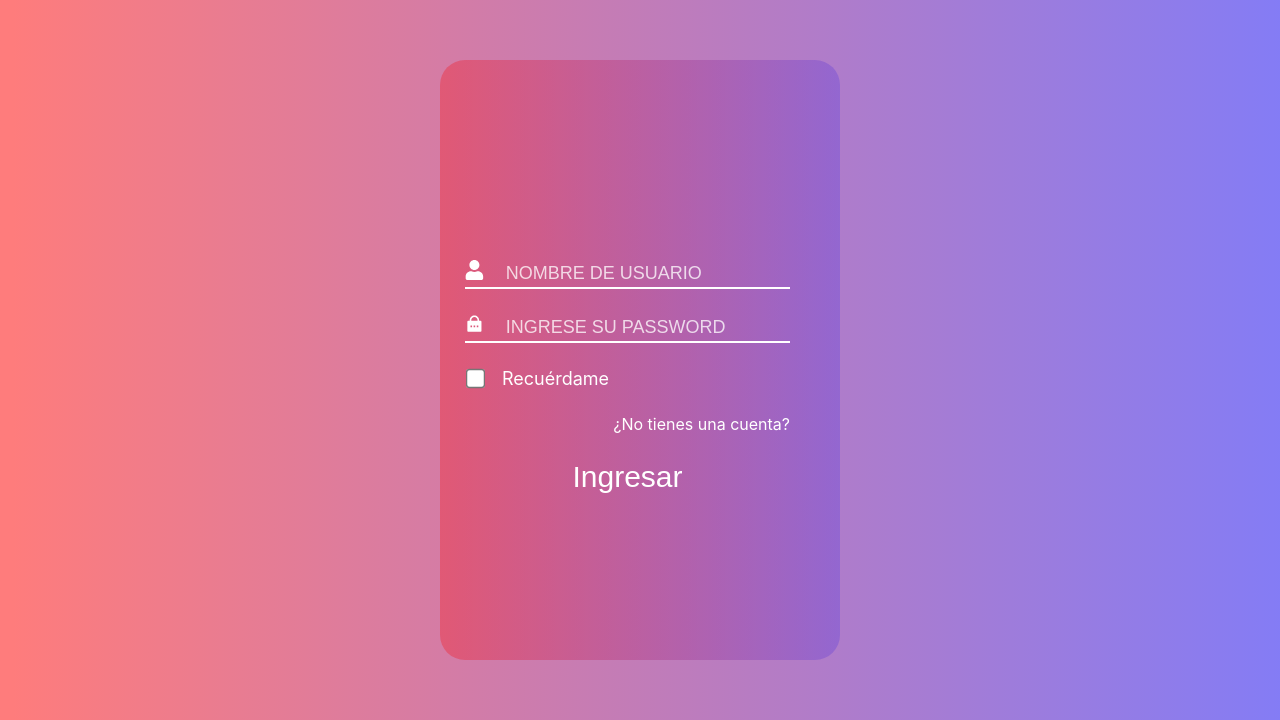
Repository: Davic1o/municipio
Page: /
An editor plug-in stored every save of this project. The page is shown before and after the next save, followed by the edit.
The browser window is 1280 px wide. The pictures show the whole page.
The project was rebuilt for these pictures with package versions that can differ from the ones it lists, and the page was loaded fresh each time.

Above is the page before, as saved 2024-02-05 23:07:24.

### src/index.css
body {
  margin: 0;
  font-family: -apple-system, BlinkMacSystemFont, 'Segoe UI', 'Roboto', 'Oxygen',
    'Ubuntu', 'Cantarell', 'Fira Sans', 'Droid Sans', 'Helvetica Neue',
    sans-serif;
  -webkit-font-smoothing: antialiased;
  -moz-osx-font-smoothing: grayscale;
}

code {
  font-family: source-code-pro, Menlo, Monaco, Consolas, 'Courier New',
    monospace;
}
input{
  text-decoration: none;
  border: none;
}
button{
  background-color: transparent;
  text-decoration: none;
  border: none;
}

### src/App.jsx

import './App.css';
import LoginComponent from './pages/Login/Login';

function App() {
  return (
    <div className="App">
      <LoginComponent/>
    </div>
  );
}

export default App;

### src/pages/Login/Login.jsx
import React from 'react';
import { FaUser } from "react-icons/fa";
import { RiLockPasswordFill } from "react-icons/ri";
import './login.css';  // Asegúrate de tener un archivo de estilo CSS para tu componente

const Login = () => {
  return (
    <div className="login__container">
      <div className="login__recuadro">
        <div className="login__formulario">
          <div className="contenedor__nombre">

            <FaUser className='icon__nombre' />
            <input type="text" className="inp__nombre" placeholder='NOMBRE DE USUARIO'/>
          </div>
          <div className="contenedor__password">
          <RiLockPasswordFill className='icon__password' />
            <input type="password" className="inp__password" placeholder='INGRESE SU PASSWORD'/>
          </div>
          <div className="contenedor__recuerdame">
            <input type="checkbox" className="inp__recuerdame" />
            <label htmlFor="" className="lbl__recuerdame">Recuérdame</label>
          </div>
          <div className="contenedor__registrar">
            <label htmlFor="" className="lbl__registrar">¿No tienes una cuenta?</label>
          </div>
          <div className="contendor__ingresar">
            <button className="btn__ingresar">Ingresar</button>
          </div>
        </div>
      </div>
    </div>
  );
};

export default Login;

### src/pages/Login/login.css
.login__container {
    background: linear-gradient(to right, rgba(253, 0, 0, 0.514) 1%, rgba(16, 0, 235, 0.514));
    background-size: cover;
    height: 100vh;
    width: 100vw;
    box-sizing: border-box;
    display: flex;
    align-items: center;
    justify-content: center;
    z-index: 0;
}
.login__recuadro{
    width: 400px;
    height: 600px;
    border-radius: 25px;
    background: linear-gradient(to right, rgba(253, 0, 0, 0.288) 1%, rgba(16, 0, 235, 0.171));
}
.login__formulario{
    margin-top: 200px;
}
.contenedor__nombre, .contenedor__password{
    width: 325px;
    margin: 25px;
    display: flex;
    border-bottom: 2px solid white ;
}
.icon__nombre, .icon__password{
    margin-right: 20px;
    font-size: 20px;
    background-color: transparent;
    color: white;
}
.inp__nombre, .inp__password{

    background-color: transparent;
    width: 300px;
    height: 25px;
    font-size: 18px;
    color: white;
}
.inp__nombre::placeholder, .inp__password::placeholder{
    font-size: 18px;
color: rgba(255, 255, 255, 0.767);
}
.inp__nombre:focus, .inp__password:focus{
    outline: none;
    font-size: 18px;
    border: none;
    color: white;
}
.contenedor__recuerdame{
    width: 325px;
    margin: 25px;
    display: flex;
}
.inp__recuerdame{
    transform: scale(1.5);
    margin-right: 20px;
}
.lbl__recuerdame{
    font-size: 18px;
    color: white;
}
.contenedor__registrar{
    width: 325px;
    margin: 25px;
    display: flex;
    justify-content: right;
}
.lbl__registrar{
    color: white;
}
.lbl__registrar:hover{
    color: blue;
    cursor: pointer;
}
.contendor__ingresar{
    width: 325px;
    margin: 25px;
    display: flex;
    justify-content: center;
}
.btn__ingresar{
    color: white;
    font-size: 30px;

}

Loaded but not shown: public/index.html (common file); src/index.js (common file); src/reportWebVitals.js (common file); src/App.css (common file)

After the next save:
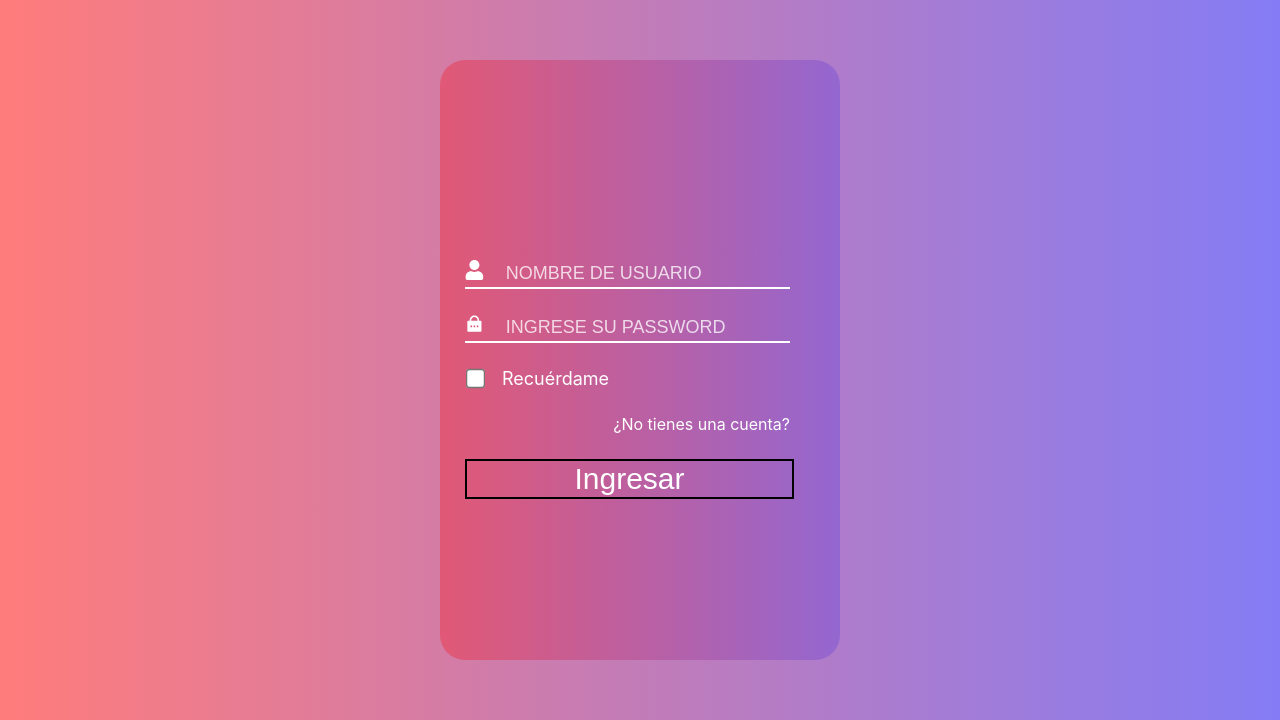
Saved 11 s later.
--- a/src/pages/Login/login.css
+++ b/src/pages/Login/login.css
@@ -75,6 +75,7 @@ color: rgba(255, 255, 255, 0.767);
     cursor: pointer;
 }
 .contendor__ingresar{
+    border: 2px solid;
     width: 325px;
     margin: 25px;
     display: flex;
